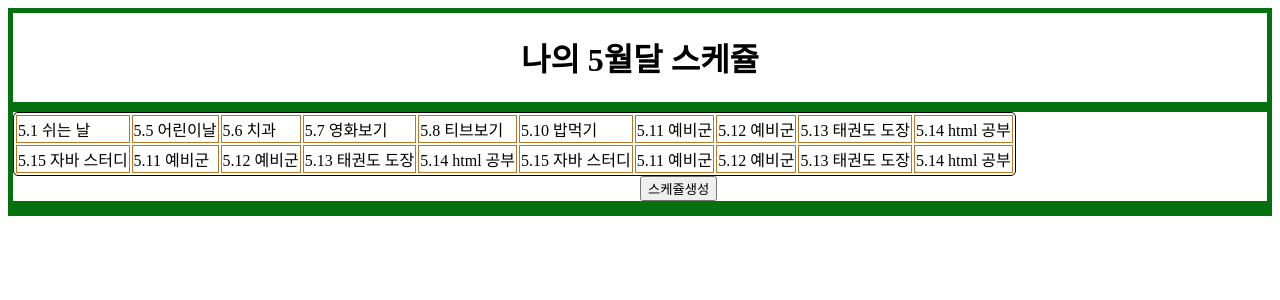
Repository: yeojeonghyeon/sixth
Page: java/ScriptWorld/WebContent/ui/Table.html
An editor plug-in stored every save of this project. The page is shown before and after the next save, followed by the edit.
The browser window is 1280 px wide. The pictures show the whole page.
After loading, the first visible `#createBtn` was clicked once.

Above is the page before, as saved 2019-04-25 06:36:55.

After the next save:
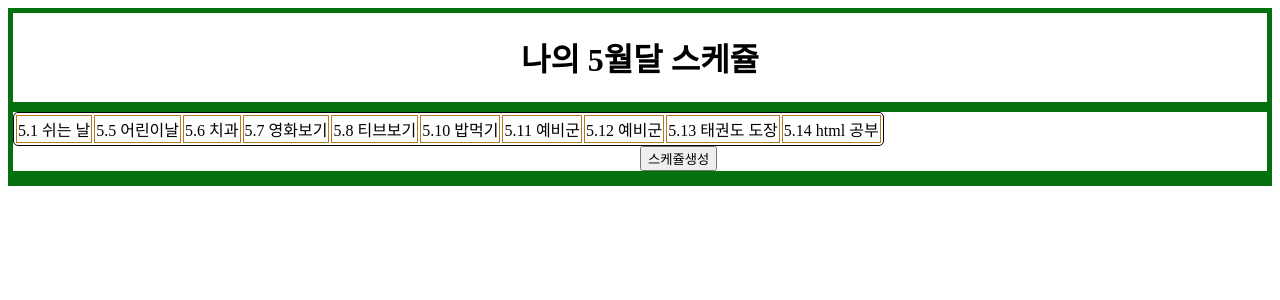
Saved 25 s later.
--- a/java/ScriptWorld/WebContent/ui/Table.html
+++ b/java/ScriptWorld/WebContent/ui/Table.html
@@ -43,7 +43,10 @@ document.addEventListener("DOMContentLoaded", function(){
 			for(i=0; i<scheduleArr.length; i++){
 				if ( i==0 ) trArr.push(trObj); // i가 0일 때 한번만 실행
 				if(i!=0 && i%10==0){//11, 21, 31, 41
-					if ( i!=11 ) trArr.push(trObj);
+					if ( isFirst ){
+						trArr.push(trObj);
+						isFirst = false;
+					}
 					trObj = document.createElement("tr");
 				}
 				tdObj = document.createElement("td");
